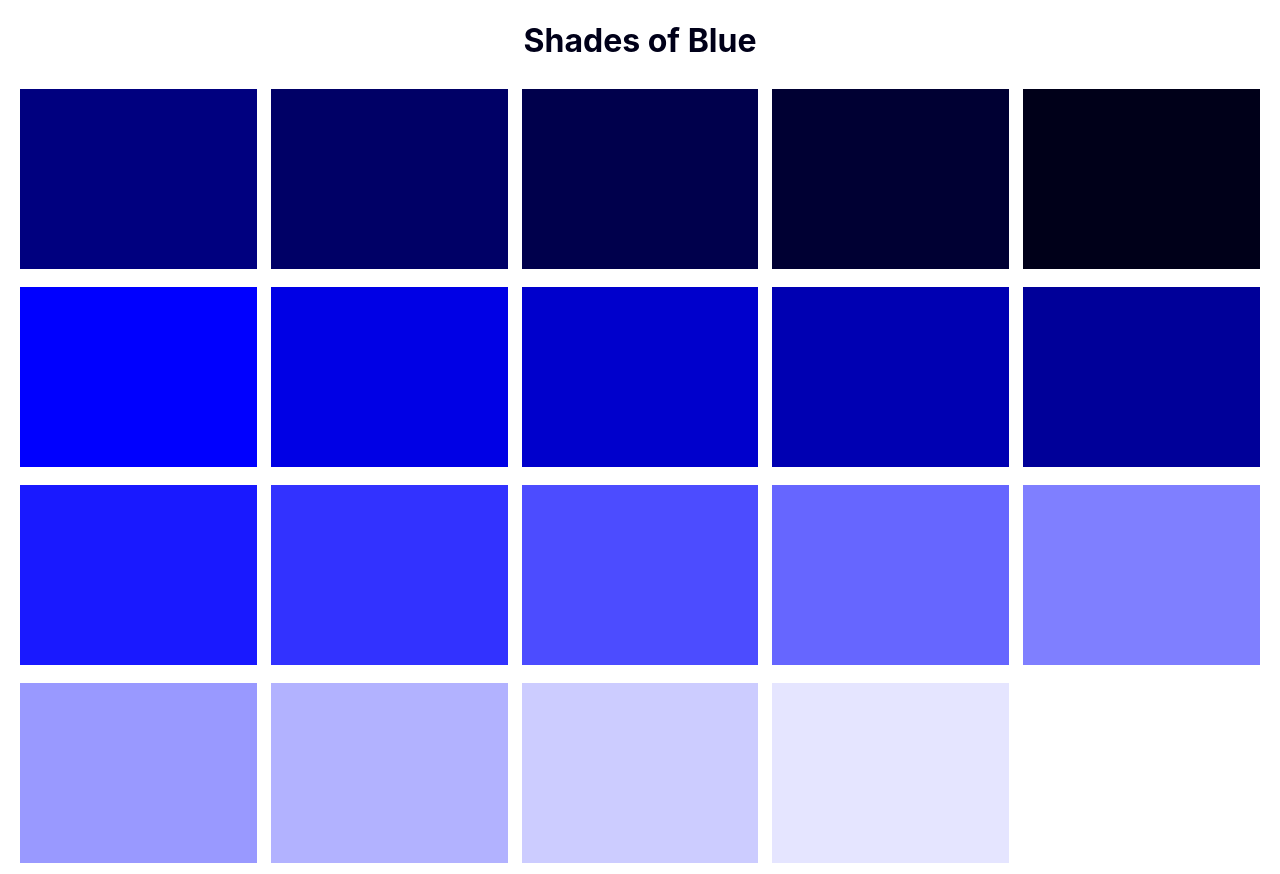
Repository: johnmutina/shades_of_blue
Page: /
The author's editor kept a copy of each file at every save. The page is drawn from the files as they stood at one save, then again after the next save.
The browser window is 1280 px wide. The pictures show the whole page.
The project was rebuilt for these pictures with package versions that can differ from the ones it lists, and the page was loaded fresh each time.

Above is the page before, as saved 2019-06-22 15:17:51.

### src/App.js
import React from 'react';
import ColorBoxes from './ColorBoxes';
import './App.css';

function App() {
  return (
    <div className="App">
      <ColorBoxes />
    </div>
  );
}

export default App;

### src/ColorBoxes.js
import React, { Component } from 'react';
import ColorBox from './ColorBox';
import './ColorBoxes.css';

class ColorBoxes extends Component {
    constructor(props){
        super(props);
        this.state = {

        }
        this.handleClick = this.handleClick.bind(this);
    }

    handleClick() {
        console.log("test");
    }

    render(){
        let colorArr = ["#00007f", "#000066", "#00004c", "#000033", "#000019", "#0000ff", "#0000e5", "#0000cc", "#0000b2", "#000099", "#1919ff", "#3232ff", "#4c4cff", "#6666ff", "#7f7fff", "#9999ff", "#b2b2ff", "#ccccff", "#e5e5ff", "#ffffff"];
        return (
            <div>
                <h1 className="ColorBoxes-title">Shades of Blue</h1>
                {colorArr.map(el => <ColorBox color={el} allColors={colorArr}/>)}
            </div>
        )
    }
}

export default ColorBoxes;

### src/ColorBox.js
import React, { Component } from 'react';
import './ColorBox.css';

class ColorBox extends Component {
    constructor(props){
        super(props);
        this.state = {
            color: this.props.color
        }
        this.handleClick = this.handleClick.bind(this);
        this.changeColor = this.changeColor.bind(this);
    }

    changeColor() {
        let newColors = this.props.allColors.filter(val => val !== this.props.color)
        let idx = Math.floor(Math.random() * newColors.length);
        this.setState({ color: newColors[idx] });
    }

    handleClick() {
        this.changeColor();
    }

    render(){
        return (
            <div className="ColorBox" style={{backgroundColor: this.state.color}} onClick={this.handleClick}></div>
        )
    }
}

export default ColorBox;

### src/ColorBoxes.css
.ColorBoxes-title {
    color: #000019;
}

### src/ColorBox.css
.ColorBox {
    display: inline-block;
    color: white;
    width: 18.5%;
    height: 180px;
    /* padding-top: 80px; */
    border: 7px solid white;
}

Loaded but not shown: public/index.html (common file); src/index.js (common file); src/index.css (common file); src/serviceWorker.js (common file); src/App.css (common file)

After the next save:
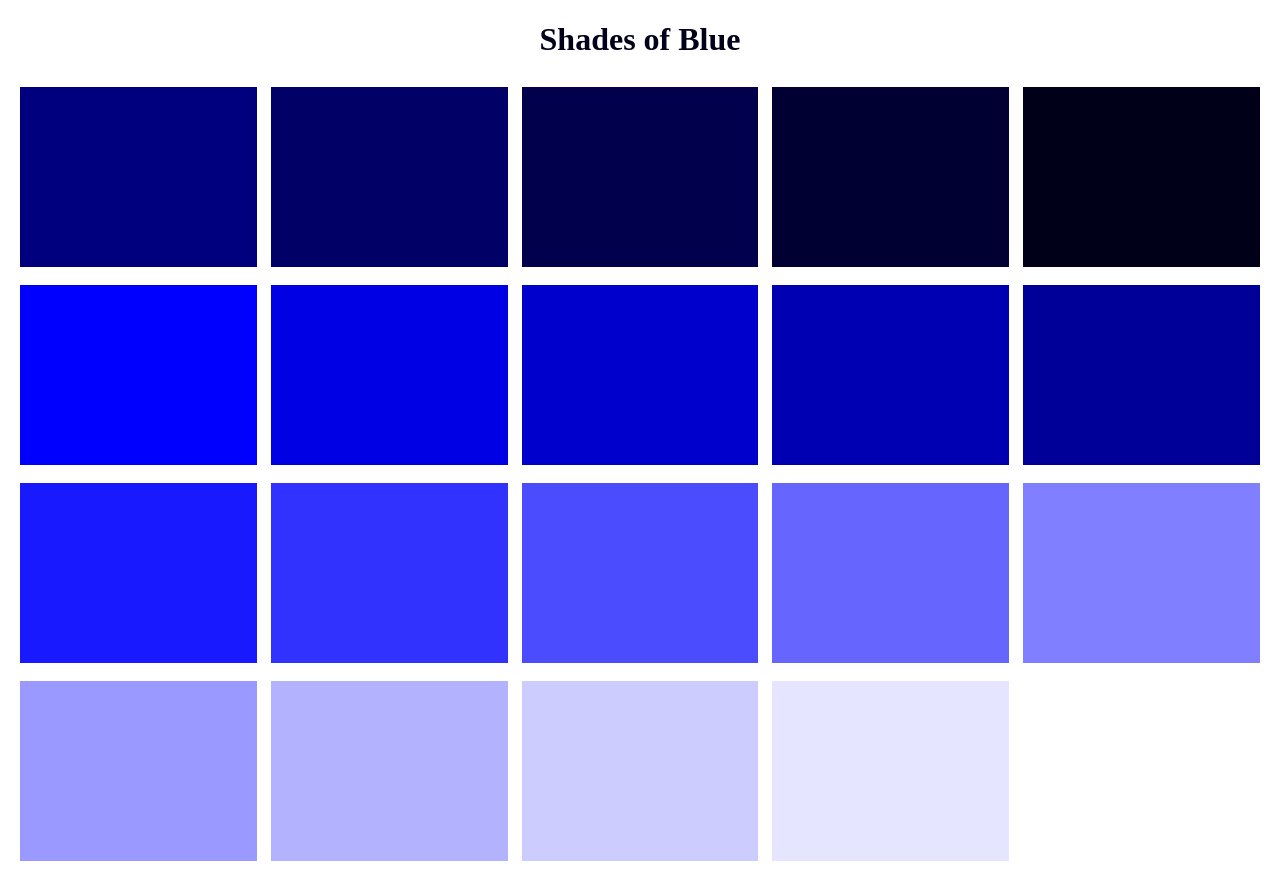
Saved 15 s later.
--- a/src/ColorBoxes.css
+++ b/src/ColorBoxes.css
@@ -1,3 +1,4 @@
 .ColorBoxes-title {
+    font-family: fantasy;
     color: #000019;
 }
